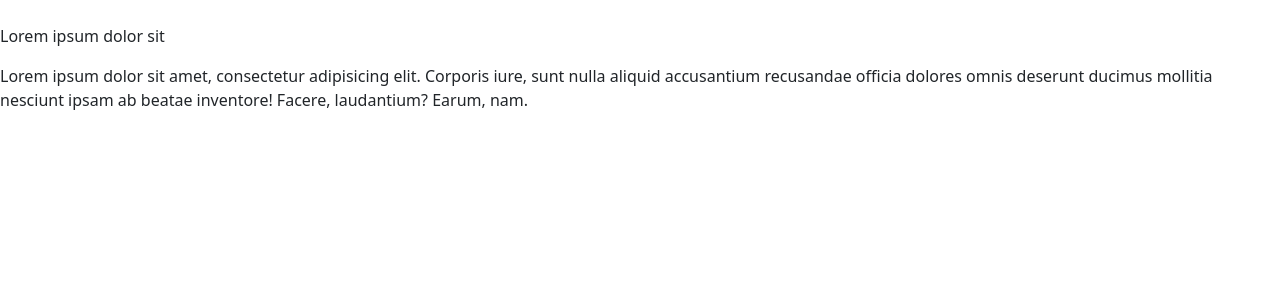
Repository: WajihaGul/MedicalApp-Frontend
Page: /
The author's editor kept a copy of each file at every save. The page is drawn from the files as they stood at one save, then again after the next save.
The browser window is 1280 px wide. The pictures show the whole page.
The project was rebuilt for these pictures with package versions that can differ from the ones it lists, and the page was loaded fresh each time. Also part of the build but not shown: vite.config.js, src/index.css, src/App.css, src/Components/Accomplishments/Accomplishments.module.css, src/Components/Experience/Experience.module.css, src/Components/Experience/Experience.jsx, src/Components/LandingPage/LandingPage.jsx, src/Components/NavigationBar/Navbar.module.css and 1 more.

Above is the page before, as saved 2024-05-01 15:11:25.

After the next save:
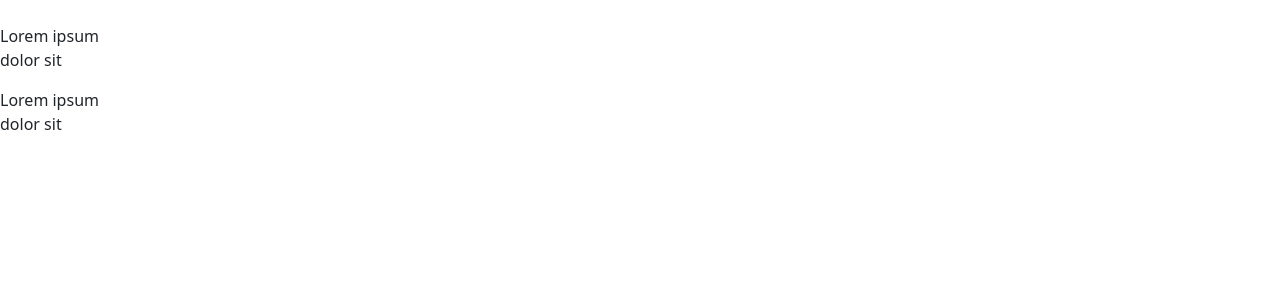
Saved 21 s later.
--- a/src/Components/Accomplishments/Accomplishments.jsx
+++ b/src/Components/Accomplishments/Accomplishments.jsx
@@ -6,13 +6,16 @@ const Accomplishments = () => {
       <div className={styles.column1}>
         <img className="cols_img" src="" alt="" />
 
-        <p className={styles.explanation}>Lorem ipsum dolor sit</p>
+        <p className={styles.explanation}>
+          Lorem ipsum
+          <br />
+          dolor sit
+        </p>
 
         <p className={styles.explanation}>
-          Lorem ipsum dolor sit amet, consectetur adipisicing elit. Corporis
-          iure, sunt nulla aliquid accusantium recusandae officia dolores omnis
-          deserunt ducimus mollitia nesciunt ipsam ab beatae inventore! Facere,
-          laudantium? Earum, nam.
+          Lorem ipsum
+          <br />
+          dolor sit
         </p>
       </div>
     </div>
